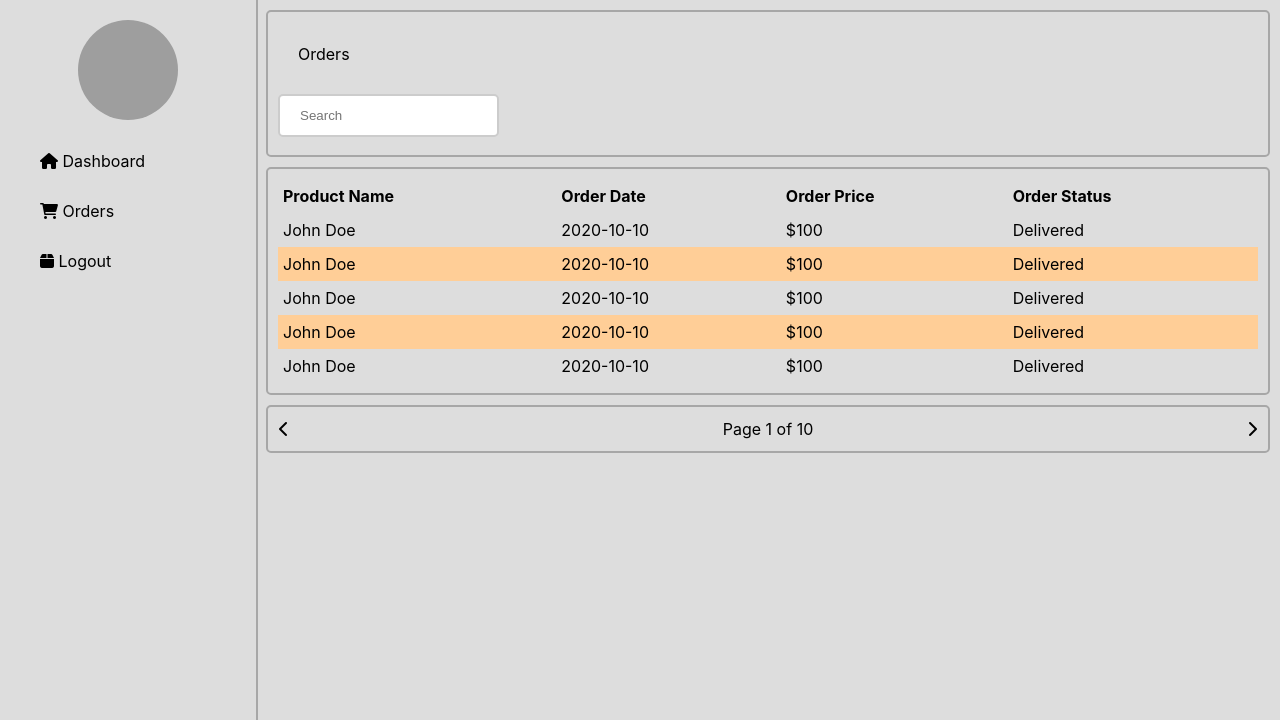
Repository: cjaymoni/FE_Submission02
Page: http://localhost/orders
These files come from the project's save history. The page is drawn as it stood at one moment and after the next save; the edit follows.
The browser window is 1280 px wide. The pictures show the whole page.
Pictures or frames that could not be fetched are drawn as grey boxes. The page is run by PHP 8.4 with error messages shown; the project is at /var/www/html/.

Above is the page before, as saved 2022-10-04 09:27:07.

### index.php
<!doctype html>
<html lang="en">
<head>
    <?php include './layout/header.html' ?>
</head>
<body>
<?php
require_once './layout/sidebar.html';

$request = $_SERVER['REQUEST_URI'];

switch ($request) {
        case '/' :
        case '' :
        case '/home' :
            case '/login':
                case '/login/':
        require __DIR__.'/views/login-page/login.html';
        break;


        case '/orders':
        case '/orders/':
        require __DIR__.'/views/orders/orders.html';
        break;

        case '/dashboard':
        case '/dashboard/':
        require __DIR__.'/views/dashboard/dashboard.html';
        break;





        default:
        require __DIR__.'/views/404/404.html';
        break;
}
?>

 <?php require_once './layout/footer.html' ?>
</body>
</html>

### layout/header.html
<meta charset="utf-8" />
<meta name="viewport" content="width=device-width, initial-scale=1.0" />

<!-- FavIcon -->
<link rel="icon" type="image/svg+xml" href="assets/Freddys_Logo.svg" />

<!-- CSS -->
<link rel="stylesheet" href="css/styles.css" />

<!-- Font Awesome -->
<link
  rel="stylesheet"
  href="https://use.fontawesome.com/releases/v6.2.0/css/all.css"
/>
<script src="https://cdn.jsdelivr.net/npm/chart.js"></script>

<!-- Title -->
<title>Freddy's Shop</title>

### layout/sidebar.html
<aside>
  <div class="sidebar" id="sidebar">
    <div class="profile">
      <img src="assets/Freddys_Logo.svg" alt="Freddys_Logo" />
    </div>
    <ul>
      <li>
        <a href="/dashboard">
          <i class="fas fa-home"></i>
          <span>Dashboard</span>
        </a>
      </li>
      <li>
        <a href="/orders">
          <i class="fas fa-shopping-cart"></i>
          <span>Orders</span>
        </a>
      </li>
      <li>
        <a href="/">
          <i class="fas fa-box"></i>
          <span>Logout</span>
        </a>
      </li>
    </ul>
  </div>
</aside>
<script src="js/sidebar-toggle.js"></script>

### views/orders/orders.html
<div class="content">
  <div class="container">
    <div class="order-header-text">
      <span>Orders</span>
    </div>
    <div class="order-header-search">
      <input type="text" placeholder="Search" />
    </div>
  </div>

  <div class="container">
    <table>
      <thead>
        <tr>
          <th>Product Name</th>
          <th>Order Date</th>
          <th>Order Price</th>
          <th>Order Status</th>
        </tr>
      </thead>
      <tbody>
        <tr>
          <td>John Doe</td>
          <td>2020-10-10</td>
          <td>$100</td>
          <td>Delivered</td>
        </tr>
        <tr>
          <td>John Doe</td>
          <td>2020-10-10</td>
          <td>$100</td>
          <td>Delivered</td>
        </tr>
        <tr>
          <td>John Doe</td>
          <td>2020-10-10</td>
          <td>$100</td>
          <td>Delivered</td>
        </tr>
        <tr>
          <td>John Doe</td>
          <td>2020-10-10</td>
          <td>$100</td>
          <td>Delivered</td>
        </tr>

        <tr>
          <td>John Doe</td>
          <td>2020-10-10</td>
          <td>$100</td>
          <td>Delivered</td>
        </tr>
      </tbody>
    </table>
  </div>

  <div class="container">
    <i class="fas fa-chevron-left"></i>
    Page 1 of 10

    <i class="fas fa-chevron-right"></i>
  </div>
</div>

### layout/footer.html
<script
  src="https://code.jquery.com/jquery-3.6.1.min.js"
  integrity="sha256-o88AwQnZB+VDvE9tvIXrMQaPlFFSUTR+nldQm1LuPXQ="
  crossorigin="anonymous"
></script>

### css/styles.css
:root {
    --color-primary: #f00;
    --color-secondary: #0f0;
    --color-tertiary: rgb(0, 110, 255);
    background-color: #dddddd;
    font-family: Inter, Avenir, Helvetica, Arial, sans-serif;
    font-size: 16px;
    line-height: 24px;
    min-width: 100vw;
    min-height: 100vh;
    scroll-behavior: smooth;
}


body {
    overflow-x: hidden;
    height: 100vh;
    width: 100vw;
    margin: 0;
}

.login-div {
    display: flex;
    flex-direction: column;
    justify-content: center;
    align-items: center;
    border: 5px solid rgb(65, 61, 61);
    margin: auto;
    margin-top: 15%;
    width: 50%;
    padding: 5px;


}

.login-head {
    display: flex;
    justify-content: space-between;
    flex-wrap: wrap;
}

.login-img {
    width: 100px;
    height: 100px;
    border-radius: 50%;
    margin: 10px;
}

.login-head-text {
    display: flex;
    justify-content: center;
    align-items: center;
    margin: 10px;
    flex-wrap: wrap;
}

.login-head-img {
    display: flex;
    justify-content: center;
    align-items: center;
    margin: 10px;
}

.login-form {
    display: flex;
    flex-direction: column;
    justify-content: center;
    align-items: center;
    margin: 10px;
    width: 100%;
}



.input-div {
    display: flex;
    flex-direction: column;
    justify-content: center;
    align-items: center;
    margin: 10px;
    width: 100%;
}

input[type=text],
input[type=password] {
    width: 100%;
    padding: 12px 20px;
    margin: 8px 0;
    display: inline-block;
    border: 2px solid #ccc;
    box-sizing: border-box;
    border-radius: 5px;
}

.login-btn {
    width: 100%;
    padding: 10px;
    border: 2px solid #ccc;
    border-radius: 5px;
}


.sidebar {
    background-color: #dddddd;
    position: fixed;
    top: 0;
    left: 0;
    width: 20%;
    height: 100%;
    padding: 20px 0;
    transition: all 0.5s ease;
    border-right: 2px solid rgb(167, 167, 167);

}

.content {
    width: 80%;
    height: 100%;
    float: right;

}


.sidebar .profile img {
    display: block;
    width: 100px;
    height: 100px;
    border-radius: 50%;
    margin: 0 auto;
}

.sidebar ul li {
    list-style: none;

}

.sidebar ul li a {
    display: block;
    padding: 13px 0px;
    /* border-bottom: 1px solid #10558d; */
    color: black;
    font-size: 16px;
    position: relative;
    text-decoration: none;
}

.sidebar ul li a .icon {
    color: black;
    width: 30px;
    display: inline-block;
}


.container {
    display: flex;
    justify-content: space-between;
    flex-wrap: wrap;
    align-items: center;
    margin: 10px;
    padding: 10px;
    border: 2px solid rgb(167, 167, 167);
    border-radius: 5px;
}

.container-col {
    display: flex;
    justify-content: space-between;
    flex-direction: column;
    flex-wrap: wrap;
    align-items: center;
    margin: 10px;
    padding: 10px;
    border: 2px solid rgb(167, 167, 167);
    border-radius: 5px;
}

/* .order-table-div {
    display: flex;
    justify-content: center;
    align-items: center;
    margin: 10px;
    padding: 10px;
    border: 2px solid rgb(167, 167, 167);
    border-radius: 5px;

} */

table {
    border-collapse: collapse;
    width: 100%;

}

td,
th {
    padding: 5px;
    text-align: left;
}

tr:nth-child(even) {
    background-color: #ffce97;
}

.dashboard-card {
    border: 1px solid #ccc;
    align-items: center;
    margin: 10px;
    padding: 10px;
    border-radius: 5px;
}

.switch {
    position: relative;
    display: inline-block;
    width: 60px;
    height: 34px;
}

.switch input {
    opacity: 0;
    width: 0;
    height: 0;
}

.slider {
    position: absolute;
    cursor: pointer;
    top: 0;
    left: 0;
    right: 0;
    bottom: 0;
    background-color: #ccc;
    -webkit-transition: .4s;
    transition: .4s;
}

.slider:before {
    position: absolute;
    content: "";
    height: 26px;
    width: 26px;
    left: 4px;
    bottom: 4px;
    background-color: white;
    -webkit-transition: .4s;
    transition: .4s;
}

input:checked+.slider {
    background-color: #2196F3;
}

input:focus+.slider {
    box-shadow: 0 0 1px #2196F3;
}

input:checked+.slider:before {
    -webkit-transform: translateX(26px);
    -ms-transform: translateX(26px);
    transform: translateX(26px);
}

/* Rounded sliders */
.slider.round {
    border-radius: 34px;
}

.slider.round:before {
    border-radius: 50%;
}

.order-header-text {
    display: flex;
    justify-content: space-between;
    flex-wrap: wrap;
    align-items: center;
    margin: 10px;
    padding: 10px;
    width: 100%
}

### js/sidebar-toggle.js
const pgUrl = window.location.href.substr(
  window.location.href.lastIndexOf("/") + 1
);
const sdComponent = document.querySelector(".sidebar");

if (pgUrl != "orders" && pgUrl != "dashboard") {
  sdComponent.style.display = "none";
}

After the next save:
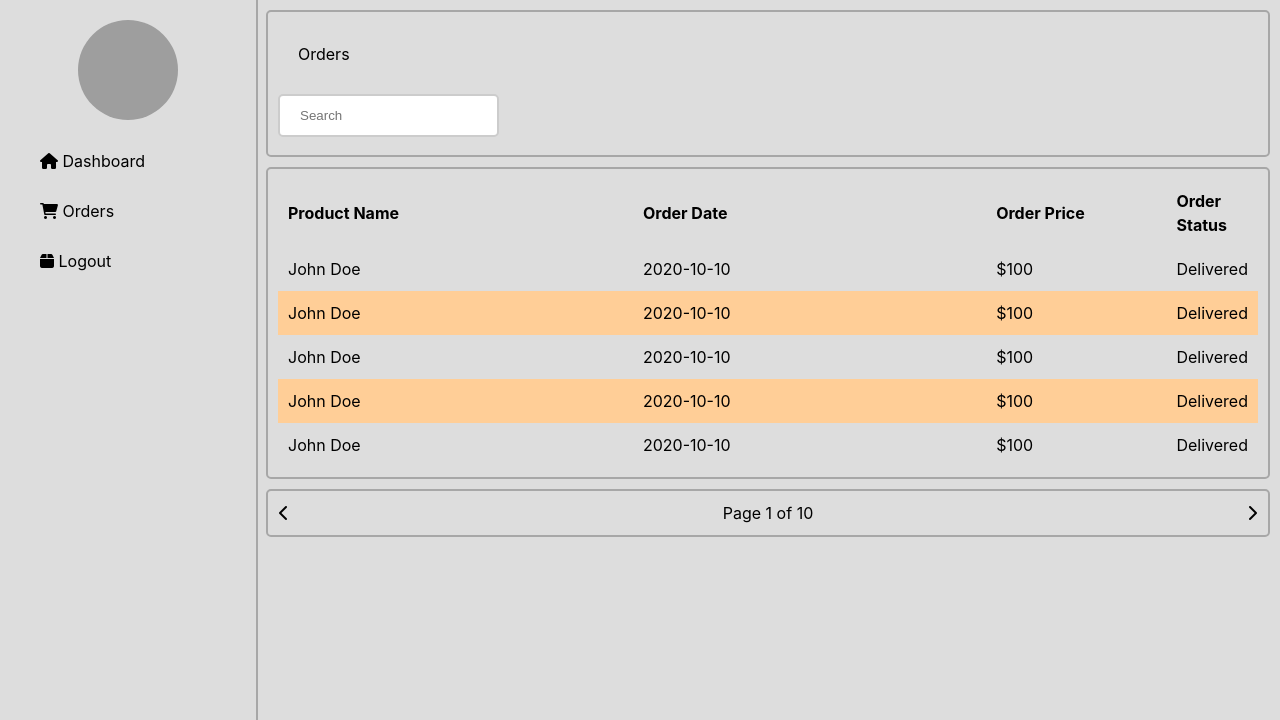
Saved 53 min 4 s later.
--- a/css/styles.css
+++ b/css/styles.css
@@ -193,8 +193,9 @@ table {
 
 td,
 th {
-    padding: 5px;
+    padding: 10px;
     text-align: left;
+    width: 40%;
 }
 
 tr:nth-child(even) {
